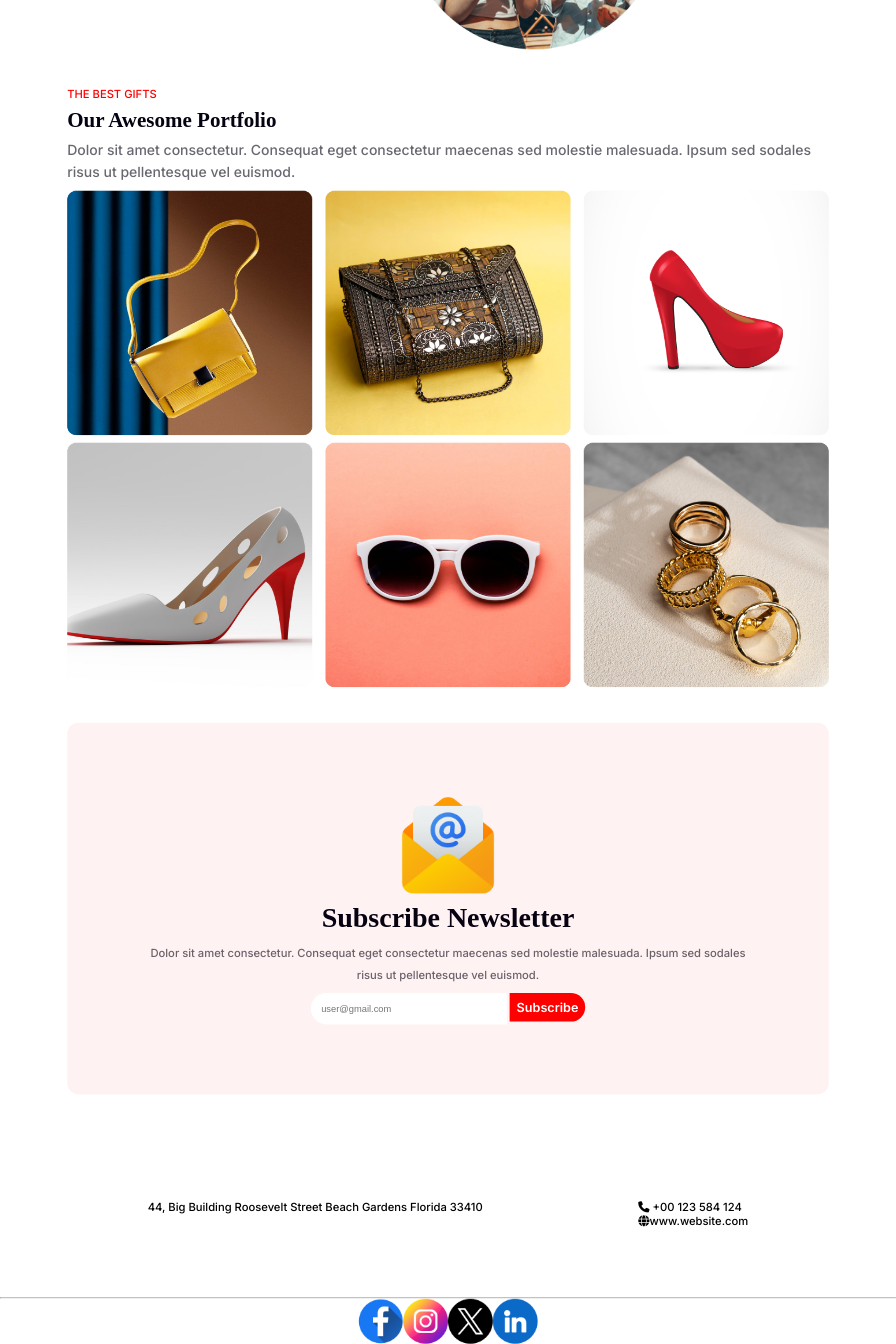
Repository: sumonkumarsarkar/new-year-2024
Page: index.html
An editor plug-in stored every save of this project. The page is shown before and after the next save, followed by the edit.
The browser window is 1280 px wide. The pictures show the part of the page from y = 2729 to 4649 px (the page is 4649 px tall), at 70% of full size.

Above is the page before, as saved 2024-01-08 14:27:59.

After the next save:
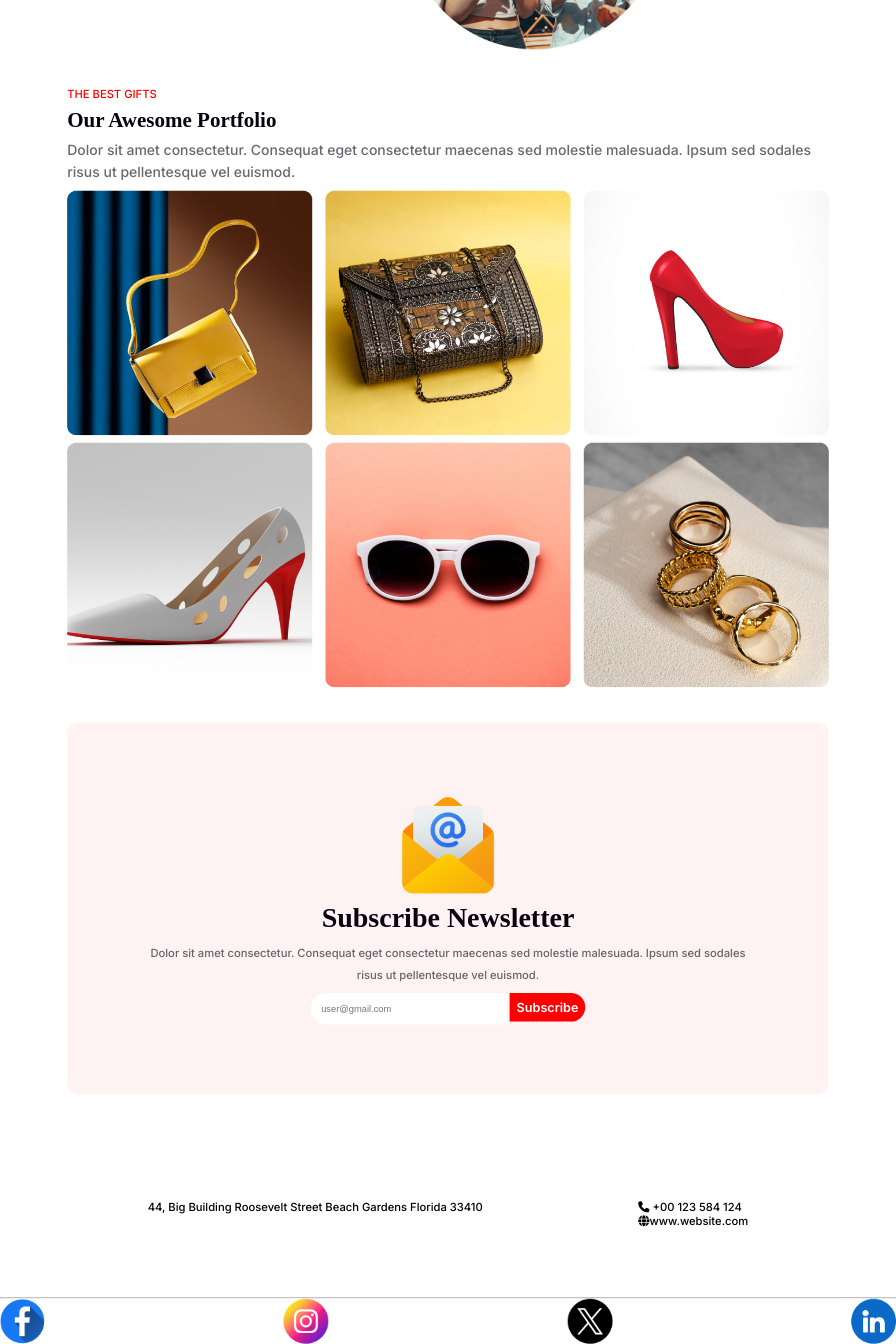
Saved 35 s later.
--- a/style.css
+++ b/style.css
@@ -328,7 +328,7 @@ border-radius:50px 0px 0px 50px;
 }
 .icon-img{
     display: flex;
-    justify-content: center;
+    justify-content:space-between;
     align-items: center;
 }
 
